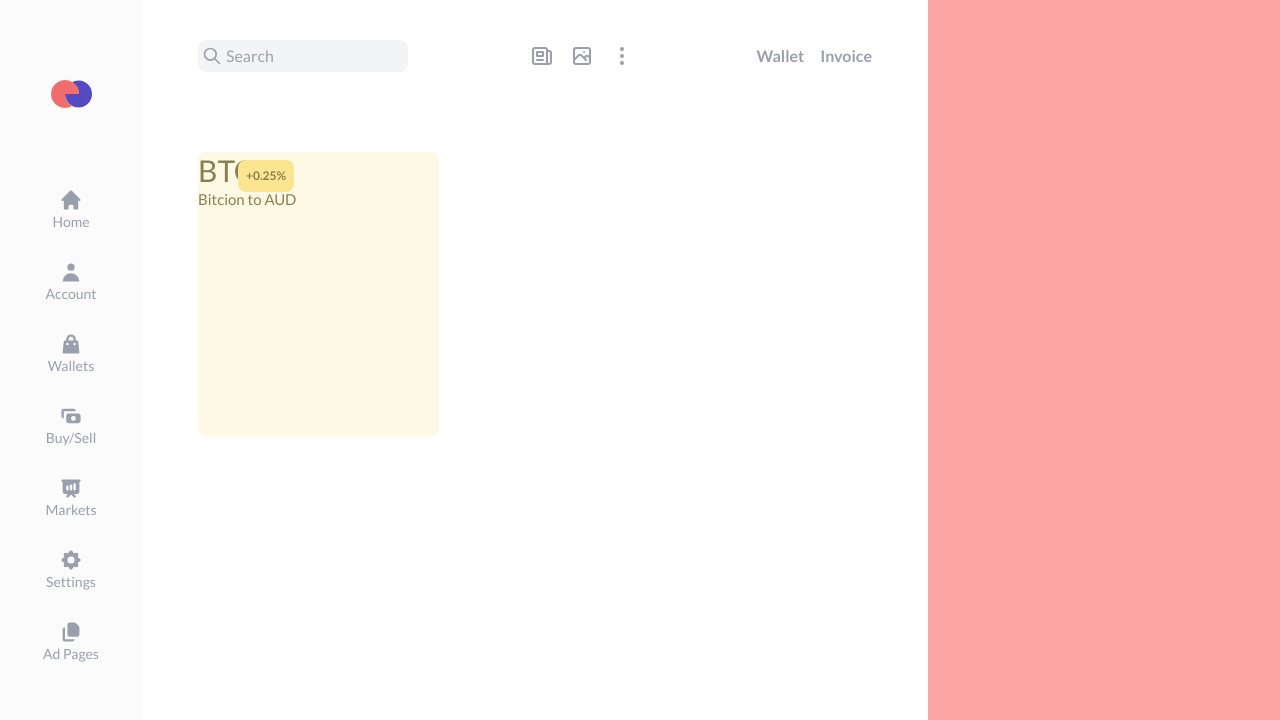
Repository: almaqdad55/crypto-app-nextjs
Page: /
The author's editor kept a copy of each file at every save. The page is drawn from the files as they stood at one save, then again after the next save.
The browser window is 1280 px wide. The pictures show the whole page.
The project was rebuilt for these pictures with package versions that can differ from the ones it lists, and the page was loaded fresh each time. The framework's server and built-in components were replaced by stand-ins that run in the browser.

Above is the page before, as saved 2022-01-04 20:42:54.

### pages/index.js
import Head from 'next/head';
import Sidebar from '../components/Sidebar';
import Feed from '../components/Feed';
import Widget from '../components/Widget';

export default function Home() {
  return (
    <div className="">
      <Head>
        <title>Crypto Trade</title>
        <link rel="icon" href="/logo.svg" />
      </Head>

      <main className="flex">
        <Sidebar />
        <Feed />
        <Widget />
      </main>
    </div>
  );
}

### styles/globals.css
@import url('https://fonts.googleapis.com/css2?family=Lato:wght@300;400;700&display=swap');

@tailwind base;
@tailwind components;
@tailwind utilities;

@layer base {
  body {
    @apply bg-white font-Lato;
  }
}

@layer components {
  .icon-group {
    @apply flex flex-col  items-center text-sm cursor-pointer text-[#9A9FAD] hover:text-[#544AC3] transition duration-200;
  }
}

### components/Sidebar.jsx
import {
  HomeIcon,
  UserIcon,
  CashIcon,
  ShoppingBagIcon,
  PresentationChartBarIcon,
  CogIcon,
  DocumentDuplicateIcon,
} from '@heroicons/react/solid';

const Sidebar = () => {
  return (
    <div className="flex flex-col items-center  h-screen w-[142px]  bg-[#fbfbfb] ">
      <div className="mt-20">
        <img src="/logo.svg" alt="" />
      </div>
      <div className="mb-40 mt-20 flex flex-col space-y-7">
        <div className="icon-group group">
          <HomeIcon className="h-6 " />
          <span className="">Home</span>
        </div>
        <div className="icon-group group">
          <UserIcon className="h-6 " />
          <span className="">Account</span>
        </div>
        <div className="icon-group group">
          <ShoppingBagIcon className="h-6 " />
          <span className="">Wallets</span>
        </div>
        <div className="icon-group group ">
          <CashIcon className="h-6 " />
          <span className="">Buy/Sell</span>
        </div>
        <div className="icon-group group">
          <PresentationChartBarIcon className="h-6 " />
          <span className="">Markets</span>
        </div>
        <div className="icon-group group">
          <CogIcon className="h-6 " />
          <span className="">Settings</span>
        </div>
        <div className="icon-group group">
          <DocumentDuplicateIcon className="h-6 " />
          <span className="">Ad Pages</span>
        </div>
      </div>
    </div>
  );
};

export default Sidebar;

### components/Feed.jsx
import {
  DotsVerticalIcon,
  PhotographIcon,
  NewspaperIcon,
  SearchIcon,
} from '@heroicons/react/outline';

import Card from './Card';

// import { SearchIcon } from '@heroicons/react/solid';
const Feed = () => {
  return (
    <div className=" flex-grow  bg-white px-14 py-10 space-y-20">
      {/* Top Menu */}
      <div className="flex items-center  justify-between ">
        <div className="flex items-center bg-[#F2F4F5] rounded-lg p-1 space-x-1">
          <SearchIcon className="h-5 text-[#9A9FAD]" />
          <input
            type="text"
            placeholder={`Search`}
            className="outline-none bg-[#F2F4F5]"
          />
        </div>
        <div className="flex space-x-4 text-[#9A9FAD] ">
          <NewspaperIcon className="h-6 " />
          <PhotographIcon className="h-6 " />
          <DotsVerticalIcon className="h-6 " />
        </div>
        <div className="flex text-[16px] font-bold space-x-4 text-[#9A9FAD]  ">
          <p className="">Wallet</p>
          <p className="">Invoice</p>
        </div>
      </div>

      {/* Cards Display */}
      <div>
        <Card />
      </div>
    </div>
  );
};

export default Feed;

### components/Widget.jsx
const Widget = () => {
  return <div className="bg-red-300 min-w-[352px]"></div>;
};

export default Widget;

### components/Card.jsx
const Card = () => {
  return (
    <div className="w-[241px] h-[284px] bg-[#FDF9E5] rounded-lg relative text-[#8B7F50]">
      <div className="absolute bg-[#FBE591] text-[#8B7F50] text-xs rounded-lg p-2 font-bold top-2 left-10">
        +0.25%
      </div>
      <h1 className="text-3xl ">BTC</h1>
      <p className="text-[15px]">Bitcion to AUD</p>
    </div>
  );
};

export default Card;

### tailwind.config.js
module.exports = {
  content: [
    './pages/**/*.{js,ts,jsx,tsx}',
    './components/**/*.{js,ts,jsx,tsx}',
  ],
  theme: {
    extend: {
      fontFamily: {
        Lato: ['Lato', 'sans-serif'],
      },
    },
  },
  plugins: [],
};

Loaded but not shown: pages/_app.js (common file)

After the next save:
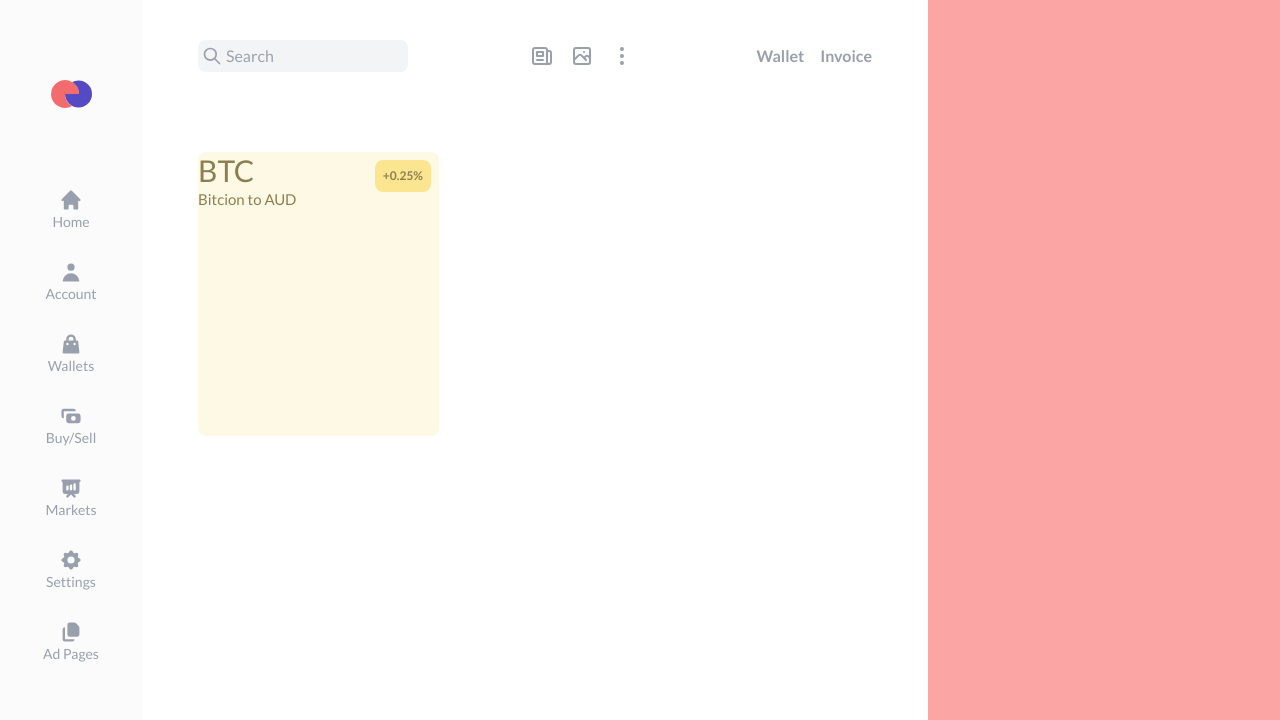
Saved 6 s later.
--- a/components/Card.jsx
+++ b/components/Card.jsx
@@ -1,7 +1,7 @@
 const Card = () => {
   return (
     <div className="w-[241px] h-[284px] bg-[#FDF9E5] rounded-lg relative text-[#8B7F50]">
-      <div className="absolute bg-[#FBE591] text-[#8B7F50] text-xs rounded-lg p-2 font-bold top-2 left-10">
+      <div className="absolute bg-[#FBE591] text-[#8B7F50] text-xs rounded-lg p-2 font-bold top-2 right-2">
         +0.25%
       </div>
       <h1 className="text-3xl ">BTC</h1>
